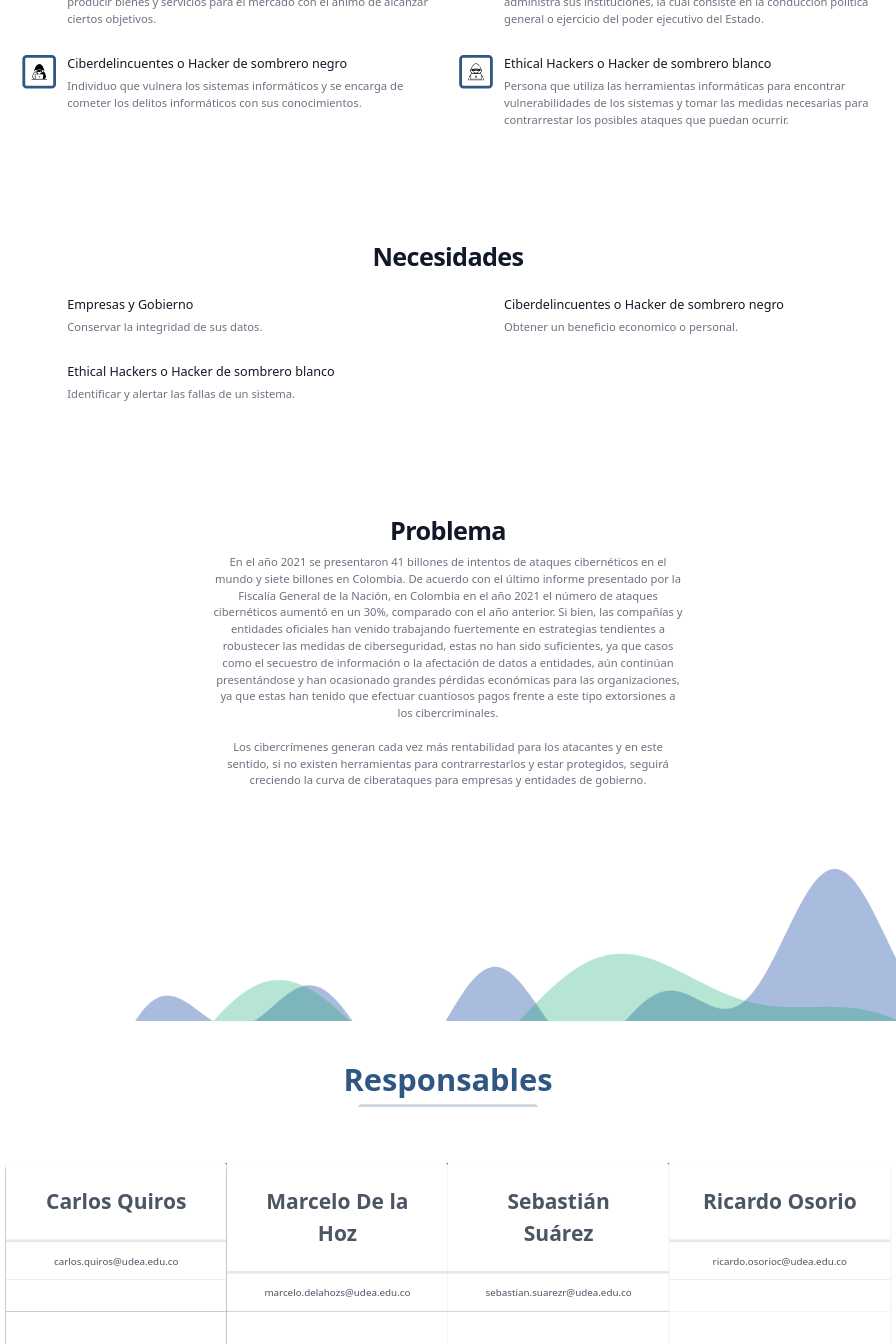
Repository: cardacar/fdi-2022
Page: /
An editor plug-in stored every save of this project. The page is shown before and after the next save, followed by the edit.
The browser window is 1280 px wide. The pictures show the part of the page from y = 3221 to 5141 px (the page is 5594 px tall), at 70% of full size.
The project was rebuilt for these pictures with package versions that can differ from the ones it lists, and the page was loaded fresh each time. The framework's server and built-in components were replaced by stand-ins that run in the browser. Also part of the build but not shown: next.config.js.

Above is the page before, as saved 2022-08-07 16:25:29.

After the next save:
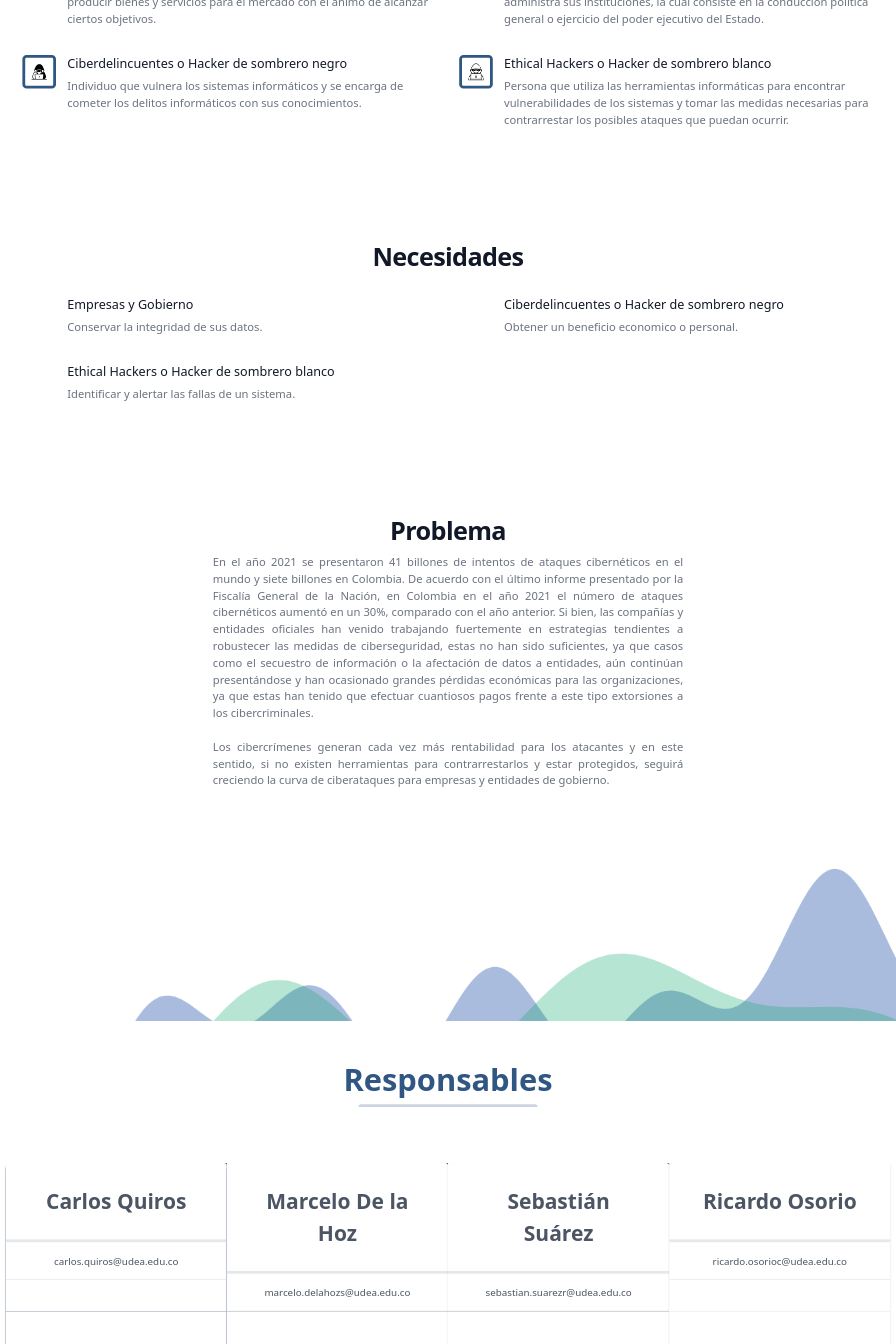
Saved 11 s later.
--- a/src/components/Problema.tsx
+++ b/src/components/Problema.tsx
@@ -13,7 +13,7 @@ const Problema = () => {
           <p className="mt-2 text-3xl leading-8 font-extrabold tracking-tight text-gray-900 sm:text-4xl">
             Problema
           </p>
-          <p className="mt-4 max-w-2xl text-xl text-gray-500 lg:mx-auto">
+          <p className="mt-4 max-w-2xl text-xl text-gray-500 lg:mx-auto text-justify">
             En el año 2021 se presentaron 41 billones de intentos de ataques
             cibernéticos en el mundo y siete billones en Colombia. De acuerdo
             con el último informe presentado por la Fiscalía General de la
